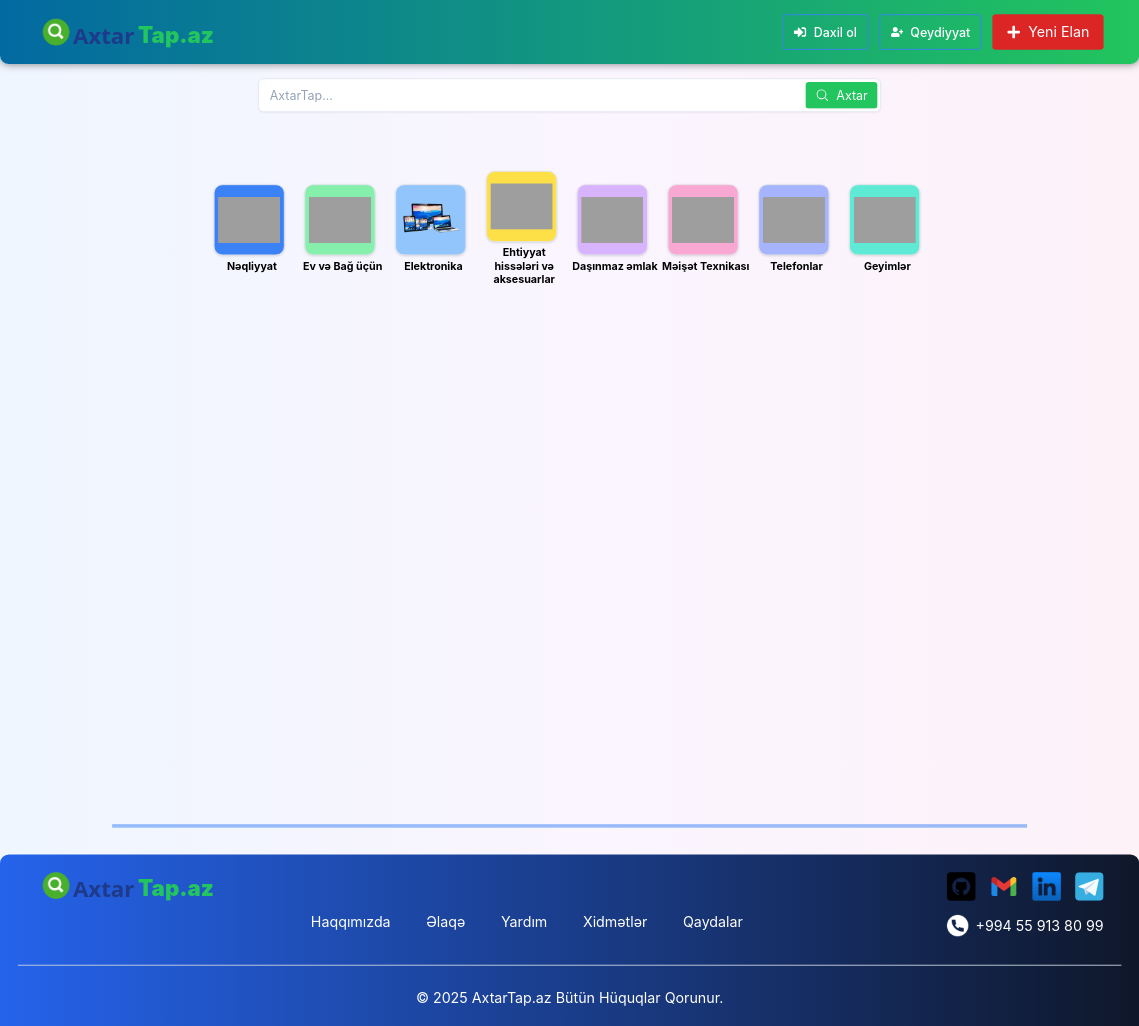
Repository: Omur56/AxtarTap.az
Page: /
An editor plug-in stored every save of this project. The page is shown before and after the next save, followed by the edit.
The browser window is 1280 px wide. The pictures show the whole page, at 89% of full size.
Pictures or frames that could not be fetched are drawn as grey boxes. The page's requests for data from a server got no answer. The project was rebuilt for these pictures with package versions that can differ from the ones it lists, and the page was loaded fresh each time. Some packages were replaced by stand-ins written for this rebuild. No one was signed in, and anything a server would have sent is missing. Also part of the build but not shown: src/pages/About/index.jsx, src/pages/Contact/index.jsx, src/pages/Qaydalar/index.jsx, src/pages/Yardım/index.jsx, src/pages/Xidmetler/index.jsx, src/components/CreatePostNeqliyyat/index.jsx, src/pages/Katalog/Neqliyyat/index.jsx, src/components/CreatePostHome/index.jsx and 30 more.

Above is the page before, as saved 2025-08-21 20:02:19.

After the next save:
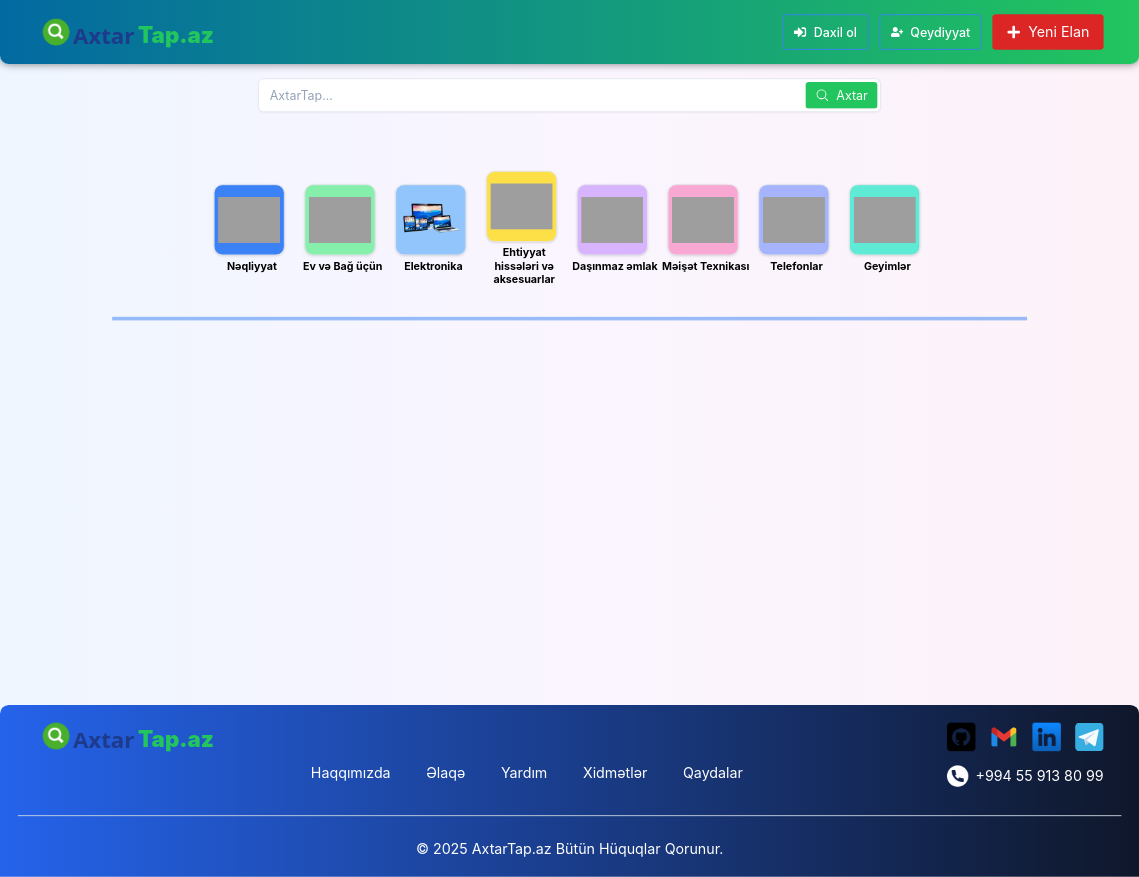
Saved 4 s later.
--- a/src/pages/Home/index.jsx
+++ b/src/pages/Home/index.jsx
@@ -310,9 +310,9 @@ useEffect(() => {
     <BottomMenu />
     <main className="   max-w-5xl mx-auto ">
 
-    <div className="max-h-[150px]"></div>
+    <div className="max-h-[150px]">
        <Katalog />
-
+    </div>
  <div className="mt-4">
         {loading && <p>Yüklənir...</p>}
         {loading && results.length === 0 && <p className="text-red-500">Nəticə tapılmadı.</p>}
